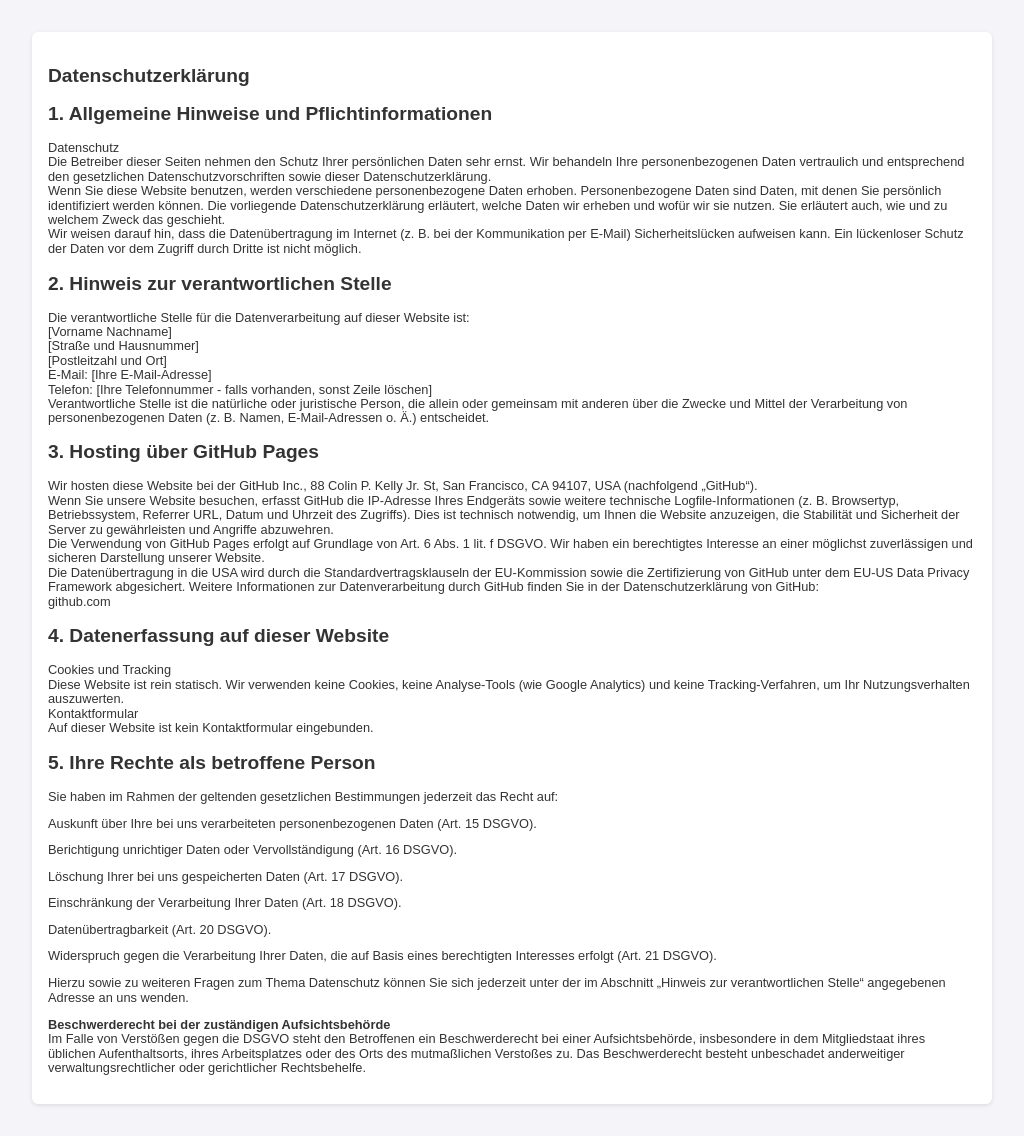
Repository: h-fahle/h-fahle.github.io
Page: datenschutz.html
An editor plug-in stored every save of this project. The page is shown before and after the next save, followed by the edit.
The browser window is 1280 px wide. The pictures show the whole page, at 80% of full size.

Above is the page before, as saved 2026-05-24 12:49:34.

After the next save:
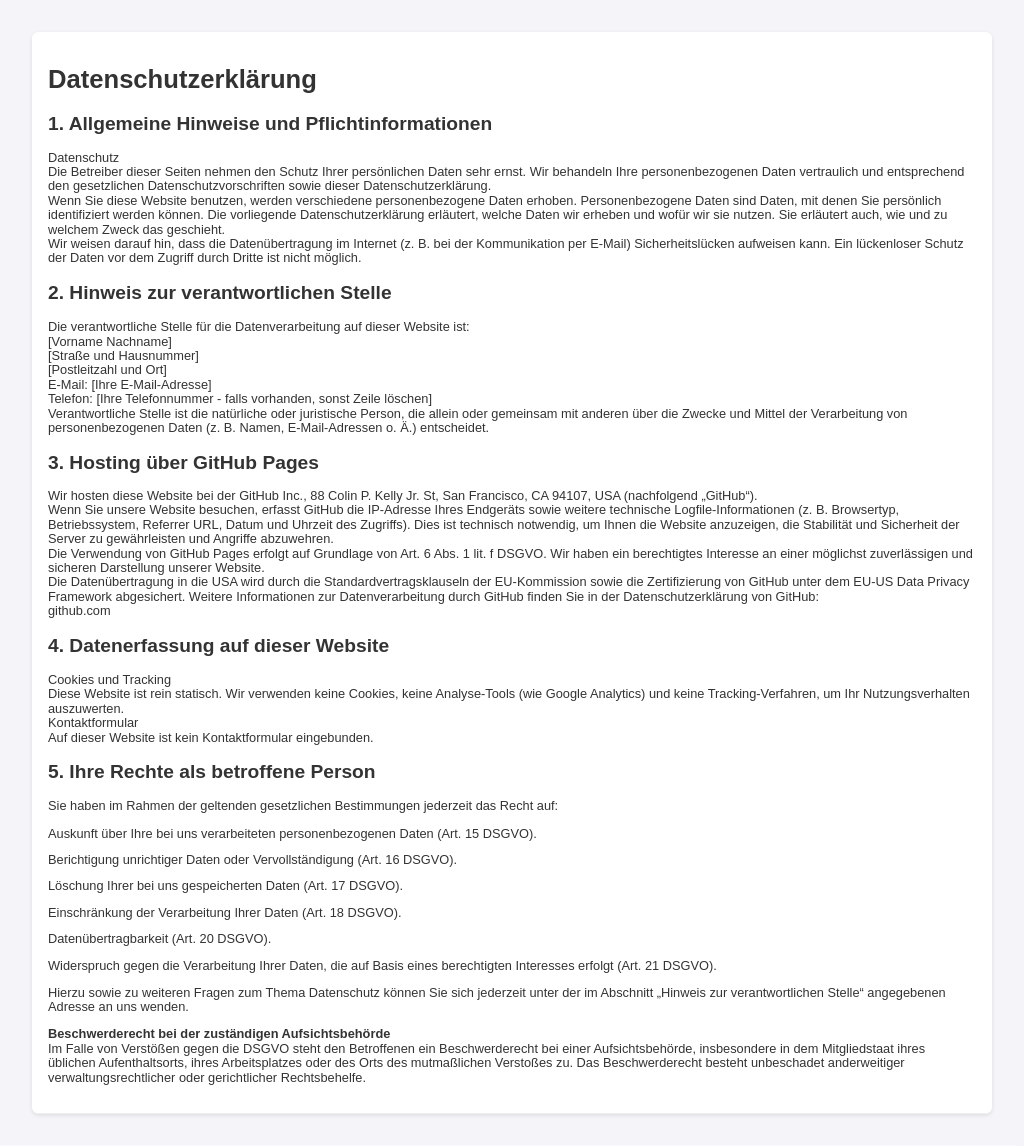
Saved 15 s later.
--- a/datenschutz.html
+++ b/datenschutz.html
@@ -47,7 +47,7 @@
 
     <div class="container">
 
-<h2>Datenschutzerklärung</h2>
+<h1>Datenschutzerklärung</h1>
 <h2>1. Allgemeine Hinweise und Pflichtinformationen</h2>
 <p>Datenschutz<br>Die Betreiber dieser Seiten nehmen den Schutz Ihrer persönlichen Daten sehr ernst. Wir behandeln Ihre personenbezogenen Daten vertraulich und entsprechend den gesetzlichen Datenschutzvorschriften sowie dieser Datenschutzerklärung.<br>Wenn Sie diese Website benutzen, werden verschiedene personenbezogene Daten erhoben. Personenbezogene Daten sind Daten, mit denen Sie persönlich identifiziert werden können. Die vorliegende Datenschutzerklärung erläutert, welche Daten wir erheben und wofür wir sie nutzen. Sie erläutert auch, wie und zu welchem Zweck das geschieht.<br>Wir weisen darauf hin, dass die Datenübertragung im Internet (z. B. bei der Kommunikation per E-Mail) Sicherheitslücken aufweisen kann. Ein lückenloser Schutz der Daten vor dem Zugriff durch Dritte ist nicht möglich.</p>
 <h2>2. Hinweis zur verantwortlichen Stelle</h2>
